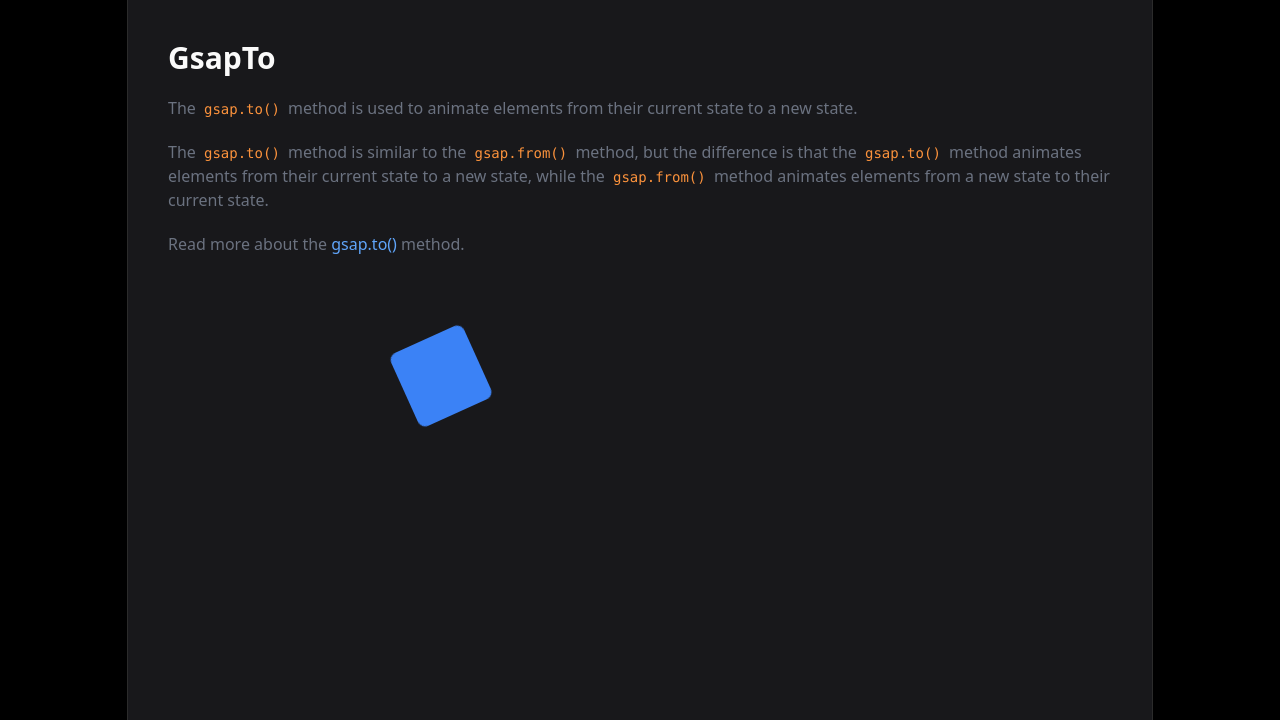
Repository: mgoyeghiaian/gsap-Starter
Page: /gsapto
The author's editor kept a copy of each file at every save. The page is drawn from the files as they stood at one save, then again after a run of saves.
The browser window is 1280 px wide. The pictures show the whole page.
The project was rebuilt for these pictures with package versions that can differ from the ones it lists, and the page was loaded fresh each time. Also part of the build but not shown: vite.config.js, src/pages/Home.jsx, src/pages/GsapFrom.jsx, src/pages/GsapFromTo.jsx, src/pages/GsapStagger.jsx, src/pages/GsapTimeline.jsx, src/pages/GsapScrollTrigger.jsx, src/pages/GsapText.jsx.

Above is the page before, as saved 2024-03-17 23:08:28.

After the next 2 saves:
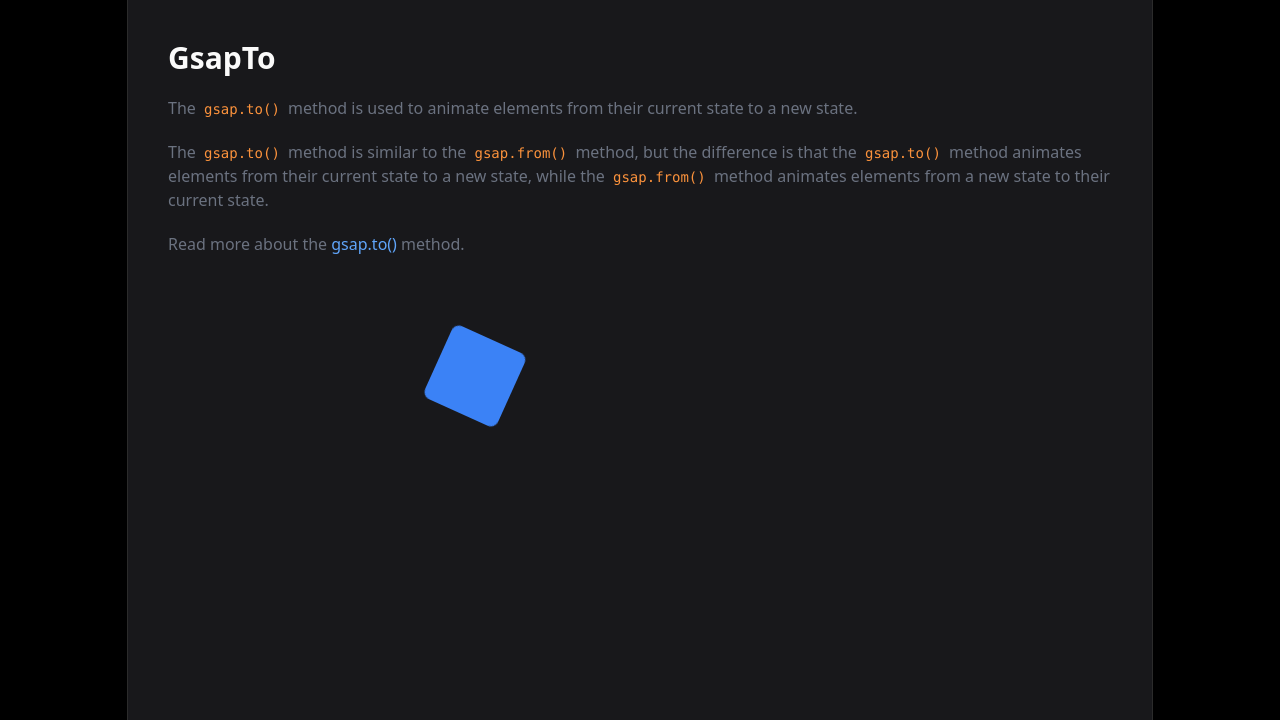
The 2 saves are shown as one change because they came seconds apart.
The last was saved 10 s later.
--- a/src/pages/GsapTo.jsx
+++ b/src/pages/GsapTo.jsx
@@ -10,7 +10,7 @@
       yoyo: true,
       rotation: 360,
       duration: 2,
-      ease: "",
+      ease: 'back',
     })
   }, [])
   return (

After the 3 saves that followed:
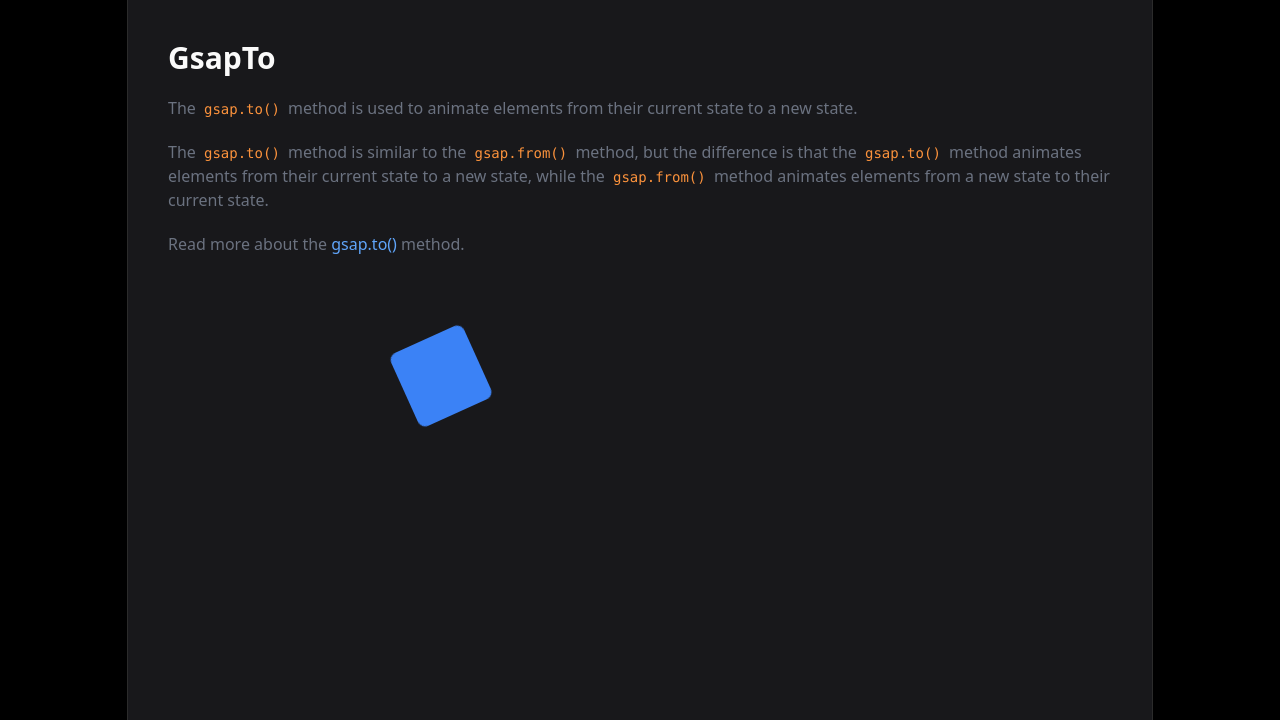
The 3 saves are shown as one change because 1 left the picture as it was and some came seconds apart.
The last was saved 20 s later.
--- a/src/pages/GsapTo.jsx
+++ b/src/pages/GsapTo.jsx
@@ -10,7 +10,7 @@
       yoyo: true,
       rotation: 360,
       duration: 2,
-      ease: 'back',
+      ease: '',
     })
   }, [])
   return (
